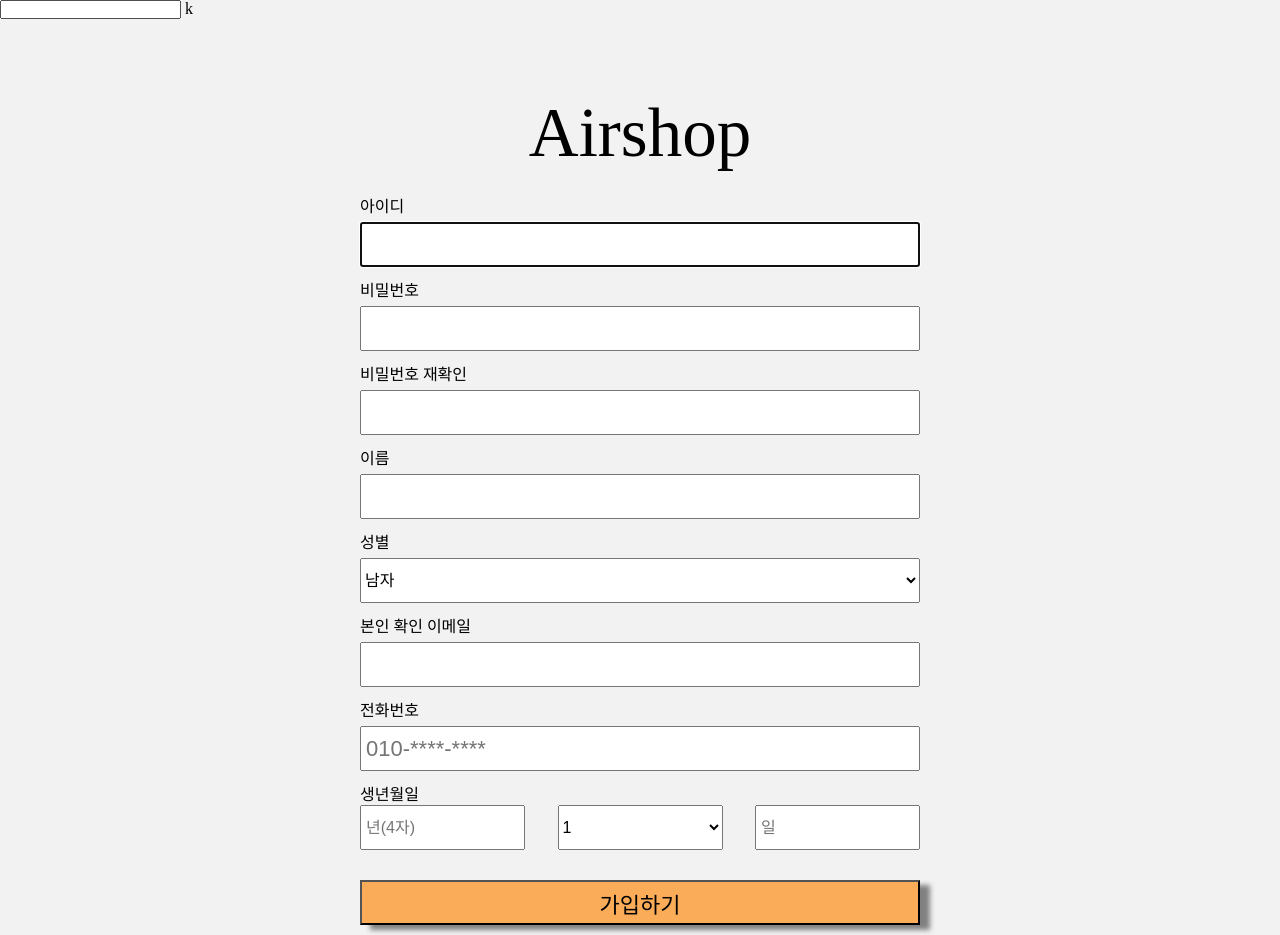
Repository: seungsu12/carrot
Page: http://localhost/carrot/signup.jsp
An editor plug-in stored every save of this project. The page is shown before and after the next save, followed by the edit.
The browser window is 1280 px wide. The pictures show the whole page.
The page is served by Tomcat 9. Other server files are loaded and not shown.

Above is the page before, as saved 2021-07-16 13:28:30.

### carrot/WebContent/signup.jsp
<%@ page language="java" contentType="text/html; charset=UTF-8"
    pageEncoding="UTF-8"%>

<%@ taglib prefix="c" uri="http://java.sun.com/jsp/jstl/core"%>
<c:set var ="cpath">${pageContext.request.contextPath}</c:set>
<!DOCTYPE html>
<html>
<head>
<meta charset="UTF-8">
<link href="css/style.css?v=7" rel="stylesheet" type="text/css">
<title>회원가입</title>



</head>

<body class="singup_body">
	<div  class="test">
		<input id="input" type="text"  />
		<span id="test">k</span>
	</div>
	<div class="sign_wrapper">
		<div class="sign_title">
			<a href="${cpath }/main.jsp">Airshop</a>
		</div>

		<form action="joining.jsp" method="post">

		<div class="sign_input_wrapper">

			<div class="sign_box">
				<label for="sign_id">아이디</label>
				<input type="text" name="id" id="sign_id" autofocus>
			</div>

			<div class="sign_box">
				<label for="sign_pwd">비밀번호</label>
					<input type="password" name="pwd" id="sign_pwd"  >
			</div>

			<div class="sign_box">
				<label for="sign_pwd2">비밀번호 재확인</label>
				<input type="password" name="pwd2" id="sign_pwd2">
			</div>

			<div class="sign_box">
				<label for ="sign_name">이름</label>
				<input type="text" name ="name" id="sign_name">
			</div>

			<div class="sign_box">
				<label for="sign_gender">성별</label>
				<select id="sign_gender" name="sign_gener">
					<option value="남자">남자</option>
					<option value="여자">여자</option>
				</select>
			</div>

			<div class="sign_box">
			 	<label for="sign_email">본인 확인 이메일</label>
				<input type="email" name="sign_email" id="sign_email">
			</div>
			<div class="sign_box">
				<label for ="sign_phone_num">전화번호</label>
				<input type="text" placeholder="010-****-****" name="phone_num" id="sign_phone_num">
			</div>
			<div class="sign_box2">
				<label>생년월일</label>
				<div class="sign_birth_wrapper">
				<input id="sign_year"type="text" name="birthyy" placeholder="년(4자)">
				<select id="sign_month" name="birthmm">

					<option value="01">1</option>
					<option value="02">2</option>
					<option value="03">3</option>
					<option value="04">4</option>
					<option value="05">5</option>
					<option value="06">6</option>
					<option value="07">7</option>
					<option value="08">8</option>
					<option value="09">9</option>
					<option value="10">10</option>
					<option value="11">11</option>
					<option value="12">12</option>
				</select>
				<input type="number" name="birthdd" placeholder="일">
				</div>
			</div>

			<div class="sign_box">
				<input type="submit" id="sign_submit" value="가입하기">
			</div>
		</div>

		</form>
	</div>
<script>



</script>
</body>
</html>

### carrot/WebContent/css/style.css
@import "header.css";

@import "home.css";

@import "footer.css";

@import "signup.css";

@import "login.css";

@import "shoes.css";

@import "orderform.css";

.center{
	display:flex;
	justify-content :center;
	flex-direction : column;
	align-items : center;
}
*{
	margin:0;
	padding:0;
	box-sizing :border-box;
}

.long{
	width :100%;
}

### carrot/WebContent/css/header.css
#header_wrap{
	margin : 0 auto 0 auto;
	height: 120px;
	display :grid;
	grid-template-columns: 0.6fr minmax(495px, 20%) minmax(495px,40%) minmax(450px ,27%) 0.6fr;
	grid-template-rows : 1fr 2fr ;


}
a{
	text-decoration: none;
}

 .header_item:nth-child(1){
	grid-column :1/2;
	grid-row :1/3;
	border :none;
	border-right: 1px solid grey;
}

.header_item:nth-child(2) a{
	height: 80px;
	text-decoration :none;
	border-bottom: 1px solid grey;
}
.header_item:nth-child(3){

	border-left: 1px solid grey;
	border-right: 1px solid grey;
}
.header_item:nth-child(4) div{
	position : relative;
	top:8px;
	left : 10px;

}
.header_item:nth-child(4) ul li{
	margin-right:40px;
	display:inline-block;
	text-decoration : none
}
.header_item:nth-child(4) ul li a{
	text-decoration : none;
	color : black;
	font-size:1.1em;
	margin-right: 5px

}
.header_item:nth-child(4) ul li a:hover{
	color : blue;
}
.header_item:nth-child(5){
	grid-row:1/3;
	grid-column: 5/6;
	border:none;
	border-left: 1px solid grey;
	font-family: 'Odibee Sans', cursive;
}

.header_item:nth-child(6) {
	text-decoration : none;
    color: unset;
 	grid-column:2/4;
 	grid-row:2/3;
 	border-top: solid 1px grey;
  	border-bottom: solid 1px grey;
}
.header_item:nth-child(6) a{
	text-decoration :none;
	font-size: 48px;
	position:relative;
	left : 35px;
	top: 10px;
	color: black;

}
.header_item:nth-child(7){
	border-top:1px solid grey;
	border-bottom: 1px solid grey;
	font-family: 'Odibee Sans', cursive;
}
/* .header_item:nth-child(7) ul li{
	display :inline-block;
}	 */

.header_item:nth-child(7) ul li a {
	text-decoration : none;
	color : black;
	font-size : 1.5em;
}

.header_item:nth-child(7) ul li a:hover {
	color :blue;
}
.header_item:nth-child(7) ul ul{
	display : none;
	position: absolute;
	line-height:62px;

}

.header_item:nth-child(7) ul ul li{
	float:none;

}
.header_item:nth-child(7) ul li:hover ul{
	display :block;
}

.sub_menu li a{
	font-size:1.5em;
}

.header_navybar {
	margin-right : 55px;
	position:relative;
	top : 24px;
	display: inline-block;
}
.sub_menu{
	width:108px;
	margin-top:28px;
	background : beige;
}
.sub_menu li{
	display : flex;
	justify-content : center;
}
#input_wrapper{
	display :flex;
	height:40px;
	border:none;
}

#header_input{
	width: 85%;
	margin-right: 10px;
	margin-left : 10px;
	border:none;
	height: 20px;
	position: relative;
	top : 10px;


}
#header_submit{
	border : none;
	border-radius: 0.9em;
	width:9%;
	background: white;
	font-size: 0.4em;
	font-size : 0.9em;

}
#header_submit:hover{
	background: grey;

}
.header_item:nth-child(3):hover{
	background : #CEC9C9;
}

### carrot/WebContent/css/home.css


#title{
	font-size : 1px;

}

#h1{
	border : 1px solid black;
}

#join_top{
	display: float;
	margin:0;
	text-align:center;
	height : 80px;
}

#mid{

	margin : 0 auto 0 auto;
	max-width:1000px;

}


.main{

	margin : 0 auto 0 auto;

	display : flex;
	align-items : center;
	justify-content : center;




}
.main_img{
	width : 1220px;
	height: 720px;

}
.main_text{
	font-size: 3.7em;

	position: relative;
	bottom : 180px;
	font-family : fantasy;


}
.main_wrapper{
	width: 1600px;
	height: 800px;
	display: flex;
	align-items: center;
	justify-content : space-between
}

### carrot/WebContent/css/footer.css
.footer_wrapper{
	background : #e2e4e0;
	height:360px;
 	margin : 0 auto 0 auto;
 	display : grid;
	grid-template-columns :  1fr 2fr 1fr 1fr 1fr 1fr 1fr 1fr;
	grid-template-rows : 0.5fr 1fr 4fr
}


.footer_wrapper div:nth-child(1){
	grid-column : 1/2;
	grid-row: 1/4;
}
.footer_wrapper div:nth-child(2){
	grid-column : 2/8;
}
.footer_wrapper div:nth-child(3){

	grid-column: 8/9;
    grid-row: 1/4;
}

.footer_header{
	grid-row:2/3;
	grid-column : 2/8;
	height: fit-content;

	display :grid;
	grid-template-columns : 5fr 2fr;
	grid-template-rows: 1fr;
}

.footer_icon{
	width: 100%;
	display: flex;
	justify-content: space-evenly;
	align-items: center;

}
.footer_icon i {
	font-size : 40px;
}


.logo {
	height: 100px;
	width: 100px;
}
.footer_itmes div{
	text-align: center;

}

.footer_items_list ul li{
	list-style : none;
	padding: none;
	line-height: 23px;
}
.footer_items_list ul li a{
	text-decoration: none;
	color : black;
}

.footer_items_title{
	font-weight: bold;
	font-size: 1.1em
}
.footer_icon_img img{
	border-radius : 50% 50%;
}

### carrot/WebContent/css/signup.css
#sign_pwd2{
	font-size:14px;
}
.sign_title a{
	text-decoration : none;
	color : black;
}
.sign_wrapper{

	width: 60%;
	margin : 50px auto 0 auto;
	display : flex;
	flex-direction:column;
	align-items: center;


}
.sign_title{

	margin : 25px auto 20px auto;
}
.sign_title a{
	font-size: 69px;

}


.sign_box {
	min-width:560px;
	display: flex;
	flex-direction:column;
}
.sign_box2{
	min-width:560px;
	display: flex;
	flex-direction:column;
}
.sign_box2 input{
	width :165px;
	height: 45px;
	padding :4px;
	font-size :16px;
}

.sign_box input{
    margin: 5px 0 10px 0;
    height: 45px;
    font-size:22px;
    padding: 4px;
}

#sign_gender {
	margin : 5px 0 10px 0;
	font-size: 16px;
	height :45px;
}
.singup_body{
	background: #F2F2F2;
}
.sign_birth_wrapper{
	display: flex;
	justify-content: space-between;

}
#sign_month{
	width: 165px;
	font-size : 16px;

}
#sign_submit{
	background : #FAAC58;
	margin-top : 30px;
	box-shadow : 10px 5px 5px grey;
}

#sign_submit :hover{
	background :#F8ECE0;
}

### carrot/WebContent/css/login.css

.login_title a{
	text-decoration : none;
	color : black;
}
.login_wrapper{
	display: flex;
	flex-direction : column;
	align-items: center;
	margin : 0 auto 0 auto;

}
.login_title{
	font-size :68px;
	margin : 100px 0 60px 0;
}
.login_box {
	margin-bottom : 10px;
	width: 420px;
}
.login_box input{
	width: 420px;
	padding:5px;
	height : 45px;
	font-size : 18px;

}
.login_hr {
	margin_top : 5px;
}
.login_list{
	display: flex;
    width: 300px;
    align-items: center;
    flex-direction: column;
}
.login_list a {
	text-decoration :none;
	color : grey;
	font-size : 13px;
}
.login_list div span{
	content : "|";
}
.login_hr{
 	margin-top : 20px;
}
.login_list div{
	display :felx;
	justify-content : space-between;
}

### carrot/WebContent/css/shoes.css
.shoes_image_wrapper{

	display:flex;
	flex-direction:column;
	align-items:center;
	padding-top : 4em;
}
.shoes_info{
	display :flex;
	flex-direction : column;
	min-width: 450px;
}
.shoes_wrapper{
	display :grid;
	grid-template-columns :3fr 1.5fr;
	width:78%;
	margin-top :2em;
}
.shoes_title{
	display :flex;
	justify-content: space-between;
}
.shoes_size_list{
	display: grid;
	grid-template-columns: 1fr 1fr 1fr 1fr 1fr;
	grid-row-gap : 0.4em;
	grid-column-gap : 0.3em;
	width : 80%;
	margin : 0 auto 0 auto;

}
.shoes_size{
 border : 1px solid grey;
 border-radius :0.2em;
 height : 40px;
}
.zerosize{
	background : #D8D8D8;
	opacity : 0.2;

}
.nonezerosize:hover{
	background:grey;
	color : white;
}
.shoes_name{
	font-size : 2em;
	margin : 1em 0 1em 0 ;
}
.shoes_size_title{
	margin-bottom :0.8em;
	font-weight : bold;
	font-size : 1.2em;
}
.shoes_count_wrapper{
	margin : 2.5em 0 1em 0;
}
.shoes_count_wrapper *{
	margin-right: 1em;
}
.shoes_count_wrapper button{
	background: white;
	border: none;
	}
.shoes_count_wrapper input{
	border :none;
	width: 3%;
}
/* input spin 제거 */
input::-webkit-outer-spin-button,
input::-webkit-inner-spin-button {
  -webkit-appearance: none;
  margin: 0;
}

/* Firefox */
input[type=number] {
  -moz-appearance: textfield;
}
#plus_icon{
	font-weight : 100;
}
#minus_icon{
	font-weight : 100;
}
.shoes_button_wrapper{
	margin-top :1.5em;

}
.shoes_buy_button{
	border :1px solid black;
	background :black;
	color:white;
	width : 400px;
	border-radius : 1em;
	height: 55px;
	font-size : 1.1em;
}
.shoes_buy_button:hover{
	background:white;
	color:black;

}
.shoes_button_wrapper2{
	display : flex;
	justify-content : space-between;
	margin-top :1em;
	width : 400px;
}
.shoes_etc_button{
	border : 1px solid black;
	border-radius : 1em;
	font-size : 1em;
	background : white;
	width : 180px;
	height: 45px;
}
.shoes_etc_button:hover{
	background :black;
	color : white;
}
.shoes_review_title{
	margin-bottom: 1.8em;
	display :flex;
	justify-content : space-between;
}
.shoes_review_title2{
	display:flex;
}
.shoes_review_write{
	margin-bottom: 1.5em;
}
.review_title{
	font-size : 1.8em;
}
.review_star{
	margin : 0.8em 0 0.8em 0;
}

.review_info_wrapper span{
	color : grey;
	font-size : 0.8em;
	margin-left : 1em;
}
 .review_img{
 	height: 200px;
 }
.review_content{
	margin : 1em 0 1em 0;
}
.review_img img{
	width: 40%;
	height :80%;
}
.shoes_review_hidden{
	display : none;
}
.star{
	width : 1rem;
}
shoes_review_list_wrapper{
	margin-top : 2rem;
}
.review_signup_wrapper{
	display : none;
    padding: 1rem;
    margin-bottom : 2rem;
    justify-content: center;
    flex-direction: column;
    align-items: center;
}
.review_word{
	margin-right: 1rem;
}

.review_signup_title{
	margin-bottom :1.5rem;

}
.review_signup_title input{

	width:22rem;
	height: 1.2rem;
}
.review_signup_star_wrapper{
	display :flex;
}
.review_signup_star_wrapper2{
	margin-left :0.4rem;
	width:22rem;
}
.review_signup_content textarea{
	resize :none;
	width: 22rem;
	height: 8rem;
}
.review_signup_content span{
	vertical-align : top;
}
.review_signup_img{
	margin-top : 1rem;
}
.review_signup_img > input{
	width: 22rem;
}
#review_button{
	margin-top : 2rem;
	background: beige;
    width: 7rem;
    height: 1.9rem;
    border-radius: 0.5rem;
}
#review_button:hover{
	background:lightslategray;
	color:white;
}

### carrot/WebContent/css/orderform.css
.order_form_wrapper{
	padding : 5rem;
}
.order_title{
	font-size : 2rem;
	height: 5rem;

}
.order_main{
	margin-top : 2rem;
	border-top : 1px solid grey;
	display : flex;
	flex-direction :column;
}
.order_form{
	padding-left:10rem;
	display: grid;
	grid-template-columns: 2fr 1fr;

}
.order_main_content{

	margin-top : 2rem;
}
.order_main_title{
	height : 2.5rem;
	display:flex;
	align-items : center;
}
.order_main_title span{
	font-size : 1.2rem;
	margin-right: 0.4rem;
}
.order_main_login{
	border : 1px solid grey;
	color : grey;
	background : #F2F2F2;
	width : 5rem;
	height: 2rem;
	margin-left : 2rem;
}
.order_main_input_wrapper{
	display : grid;
	grid-template-columns : 1fr 1fr;
}
.order_main_input{
	padding : 0.2em;
}

.order_main_input input{
	display: block;
	margin-top : 1rem;
	margin-bottom : 0.5rem;
	width: 80%;
    height: 2rem;
    padding: 1rem;
    font-size: 0.9rem;
}
.order_main_input span{
	margin-left : 0.5rem;
	color : red;
	font-size : 0.8rem;
}
.order_main_provision_title{
	display:flex;
	justify-content : space-between;
}
.order_main_provision p{
	margin-top :1rem;
	overflow : scroll;
	overflow-x : hidden;
	height :12rem;
	padding : 1rem;
	border : 1px solid grey;
}

.order_submit_wrapper button{
	width : 100%;
	height: 3rem;
	font-size : 1rem;
	border : none;
	border-radius : 0.4rem;
}
.order_aside_content{
	display : flex;
	padding : 1rem;
}
.order_aside_content_img img{
	width : 120px;
	height : 120px;

}
.order_aside{
	border : 1px solid grey;
	margin : 2rem;
	height: 40rem;
}
.order_aside_title{
	background: #E6E6E6;
    height: 3rem;
    display: flex;
    align-items: center;
    padding-left: 1rem;

}
.order_aside_content_text{
	margin-left :2rem;
}
.order_aside_content_text_title{
	margin-bottom: 1rem;
}
.order_aside_content_text_count{
	margin-bottom:1rem;
}

.order_submit_button_checked{
	background : orange;
	color : white;
}
.order_submit_button_checked:hover{
	background:#DF7401;
	color : white;
}
.order_submit_button{
	opacity : 0.6;
	pointer-events : none;
}
.order_aside_bottom{
	margin : 1.5rem;
	border-top : 1px solid gray;
}
.order_aside_bottom_content{
	display :flex;
	justify-content : space-between;
	margin-bottom : 2rem;
}
.order_aside_bottom_content:nth-child(1){
	margin-top : 2rem;
}
.order_aside_bottom_content2{
	font-size : 1.3rem;

}
.order_aside_bottom_content_price{
	color : #FF8000;
}
.order_aside_bottom_text_wrapper{
	margin-top : 2rem;
	color: #BDBDBD;
    font-size: 0.8rem;
}
.order_aside_bottom_text::first-letter{
	color : black;
}
.nav_title{
	position:relative;
	bottom: 1rem;
}
.nav_title_logo a{
	position : relative;
	top : 2rem;
	left :1rem;
	font-size: 3rem;
	text-decoration : none;
	color : black;
}

After the next save:
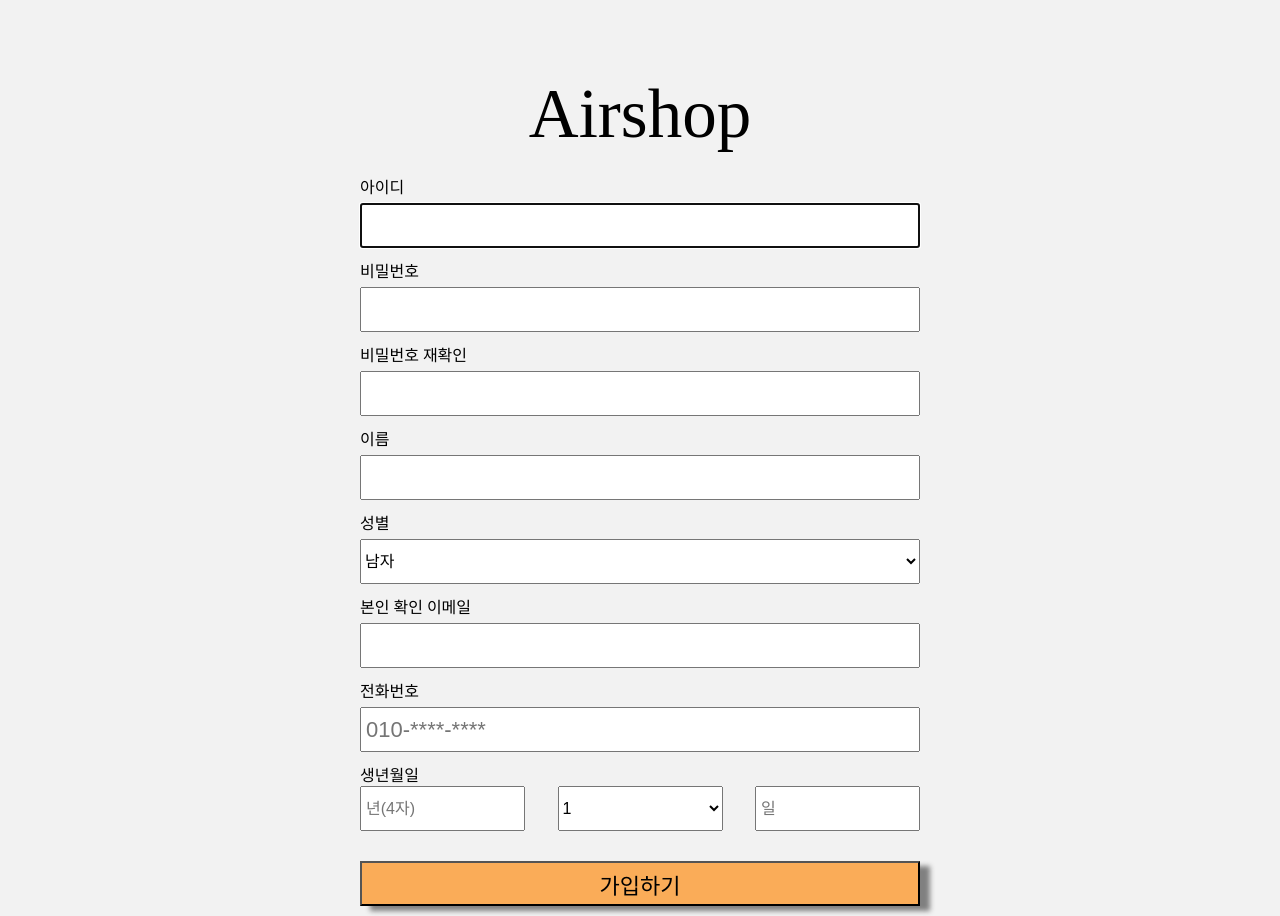
Console error: TypeError: document.getElmentById is not a function
Saved 16 h 40 min later.
--- a/carrot/WebContent/signup.jsp
+++ b/carrot/WebContent/signup.jsp
@@ -10,15 +10,15 @@
 <link href="css/style.css?v=7" rel="stylesheet" type="text/css">
 <title>회원가입</title>
 
+<script>
 
+
+</script>
 
 </head>
 
 <body class="singup_body">
-	<div  class="test">
-		<input id="input" type="text"  />
-		<span id="test">k</span>
-	</div>
+
 	<div class="sign_wrapper">
 		<div class="sign_title">
 			<a href="${cpath }/main.jsp">Airshop</a>
@@ -31,6 +31,7 @@
 			<div class="sign_box">
 				<label for="sign_id">아이디</label>
 				<input type="text" name="id" id="sign_id" autofocus>
+				<span id="pwd2_text"></span>
 			</div>
 
 			<div class="sign_box">
@@ -94,10 +95,21 @@
 
 		</form>
 	</div>
+</body>
 <script>
+let pwd = document.getElmentById('sign_pwd');
+let pwd2 = document.getElementById('sign_pwd2');
 
+pwd2.addEventListener('blur',() =>{
+	let text = document.getElementById('pwd2_text');
+	if(pwd === pwd2){
+		text.innerHTML = '비밀번호가 일치합니다.';
+	}
+	else{
+		text.innerHTML = "비밀번호가 일차하지 않습니다.";
+	}
+});
 
 
 </script>
-</body>
 </html>

After the 2 saves that followed:
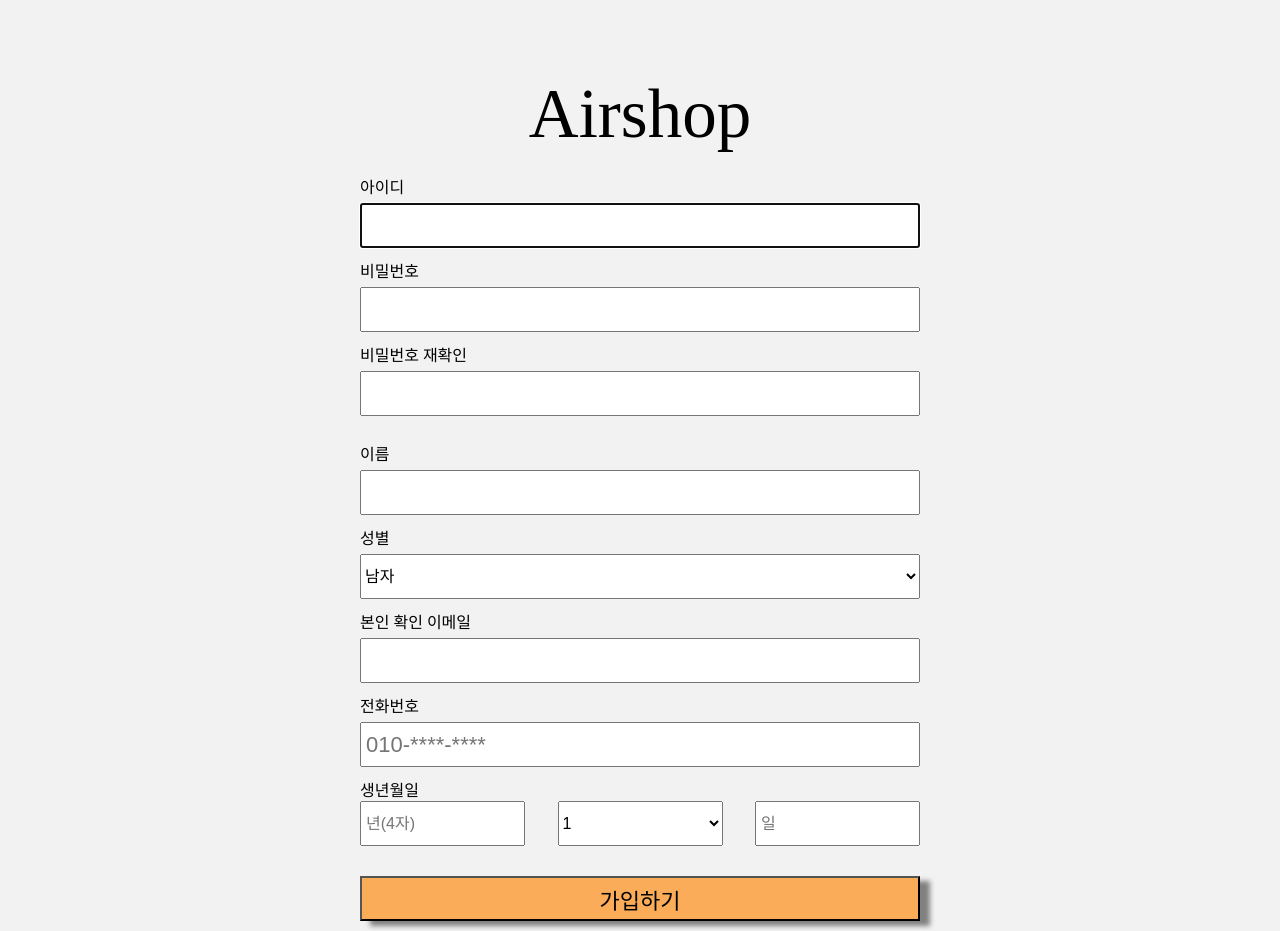
The error is gone.
The 2 saves are shown as one change because 1 left the picture as it was.
The last was saved 10 min 4 s later.
--- a/carrot/WebContent/signup.jsp
+++ b/carrot/WebContent/signup.jsp
@@ -9,7 +9,13 @@
 <meta charset="UTF-8">
 <link href="css/style.css?v=7" rel="stylesheet" type="text/css">
 <title>회원가입</title>
-
+<style>
+.sign_text{
+	margin-bottom : 1.2em;
+	font-size : 0.8em;
+	color :grey;
+}
+</style>
 <script>
 
 
@@ -31,7 +37,7 @@
 			<div class="sign_box">
 				<label for="sign_id">아이디</label>
 				<input type="text" name="id" id="sign_id" autofocus>
-				<span id="pwd2_text"></span>
+
 			</div>
 
 			<div class="sign_box">
@@ -42,6 +48,7 @@
 			<div class="sign_box">
 				<label for="sign_pwd2">비밀번호 재확인</label>
 				<input type="password" name="pwd2" id="sign_pwd2">
+				<span class="sign_text" id="pwd2_text"></span>
 			</div>
 
 			<div class="sign_box">
@@ -97,16 +104,18 @@
 	</div>
 </body>
 <script>
-let pwd = document.getElmentById('sign_pwd');
+let pwd = document.getElementById('sign_pwd');
 let pwd2 = document.getElementById('sign_pwd2');
 
 pwd2.addEventListener('blur',() =>{
 	let text = document.getElementById('pwd2_text');
 	if(pwd === pwd2){
 		text.innerHTML = '비밀번호가 일치합니다.';
+		text.color='blue';
 	}
 	else{
-		text.innerHTML = "비밀번호가 일차하지 않습니다.";
+		text.innerHTML = "비밀번호가 일하지 않습니다.";
+		text.color ='red';
 	}
 });
 
